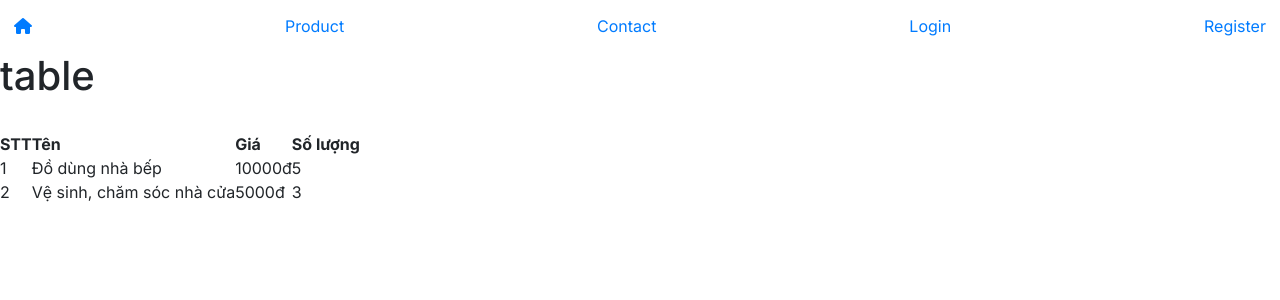
Repository: bao2222/hoc-lam-web
Page: About-me.html
These files come from the project's save history. The page is drawn as it stood at one moment and after the next save; the edit follows.
The browser window is 1280 px wide. The pictures show the whole page.

Above is the page before, as saved 2025-01-23 17:20:39.

After the next save:
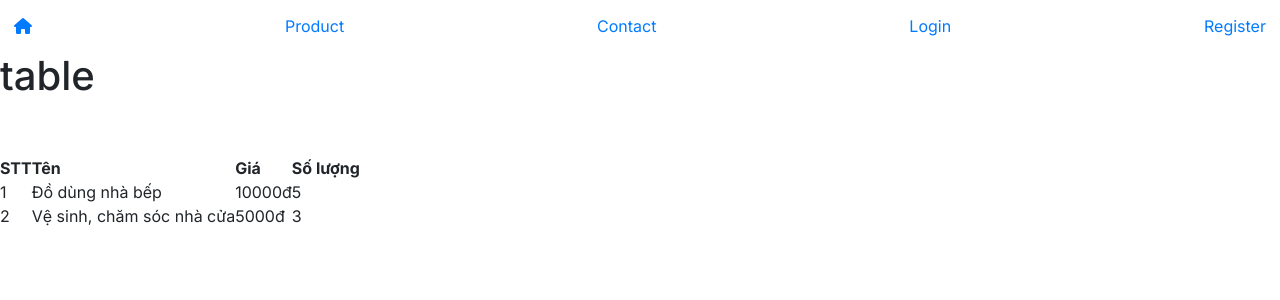
Saved 12 s later.
--- a/About-me.html
+++ b/About-me.html
@@ -43,7 +43,7 @@
             <h1>table</h1>
             <table>
                 <tr>
-                    <th>STT </th><br>
+                    <th>STT </th><br><br>
                     <th>Tên</th>
                     <th>Giá</th>
                     <th>Số lượng</th>
